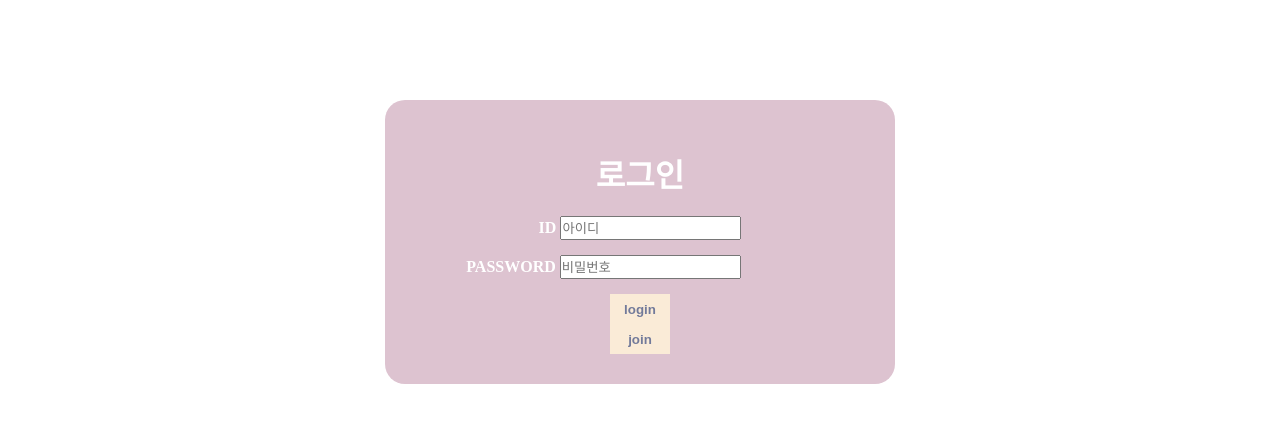
Repository: kayoyo/jsp
Page: http://localhost/BoardWeb_4/login
An editor plug-in stored every save of this project. The page is shown before and after the next save, followed by the edit.
The browser window is 1280 px wide. The pictures show the whole page.
The page is served by Tomcat 9. Other server files are loaded and not shown.

Above is the page before, as saved 2020-08-28 07:09:19.

### BoardWeb_4/WebContent/WEB-INF/jsp/user/login.jsp
<%@ page language="java" contentType="text/html; charset=UTF-8"
    pageEncoding="UTF-8"%>
<!DOCTYPE html>
<html>
<head>
<meta charset="UTF-8">
<style>
* { margin:0; padding: 0; }
 a {text-decoration:none; color: black;}
 .err {color: #585858;}
 #container {width: 450px; background-color: #ddc3d0;
 			margin: 0 auto; padding:30px; text-align:center; margin-top: 100px; border-radius: 20px 20px 20px 20px;}
 h1 {margin: 20px; color: white;}
 .pw {margin-right: 73px;}
 .pw, .id {color: white; margin-bottom: 15px; font-weight:bold;}
 input {height : 20px;}
 #loginBtn {width: 60px; height: 30px;
 		color: #727A9A; background-color: #faebd7; font-weight:bold; border:none;}
 #joinBtn {width: 60px; height: 30px; display: inline-block;
 		color: #727A9A; background-color: #faebd7; font-weight:bold; border:none; }



</style>
<title>로그인</title>
</head>
<body>
	<div id="container">
	<h1>로그인</h1>
	<div class="err">${msg}</div>
<form action="/login" method="post" id="logFrom">
<div class="id">ID
	<input type="text" name="user_id" placeholder="아이디" value="${data.user_id}">
</div>
	<div class="pw">PASSWORD
		<input type="password" name="user_pw" placeholder="비밀번호">
	</div>
	<button type="submit" id="loginBtn">login</button>
	</form>
	<div class="join">
	<a href="/join"><button type="submit" id="joinBtn">join</button></a>
	</div>
	</div>
</body>
</html>

### BoardWeb_4/src/com/koreait/pjt/user/LoginSer.java
package com.koreait.pjt.user;

import java.io.IOException;
import javax.servlet.ServletException;
import javax.servlet.annotation.WebServlet;
import javax.servlet.http.HttpServlet;
import javax.servlet.http.HttpServletRequest;
import javax.servlet.http.HttpServletResponse;
import javax.servlet.http.HttpSession;

import com.koreait.pjt.Const;
import com.koreait.pjt.MyUtils;
import com.koreait.pjt.ViewResolver;
import com.koreait.pjt.db.UserDAO;
import com.koreait.pjt.vo.LoginHistroryVO;
import com.koreait.pjt.vo.UserVO;


@WebServlet("/login")
public class LoginSer extends HttpServlet {
	private static final long serialVersionUID = 1L;


	protected void doGet(HttpServletRequest request, HttpServletResponse response) throws ServletException, IOException {
		if(request.getRemoteAddr().equals("192.168.2.6")) {
			response.sendRedirect("/blockip");
		}

		ViewResolver.forword("user/login", request, response);
	}
	protected void doPost(HttpServletRequest request, HttpServletResponse response) throws ServletException, IOException {

		String user_id = request.getParameter("user_id");
		String user_pw = request.getParameter("user_pw");
		String encrypt_pw = MyUtils.encryptString(user_pw);

		UserVO param = new UserVO();
		param.setUser_id(user_id);
		param.setUser_pw(encrypt_pw);

		int result = UserDAO.login(param); //param의 주소값

		if(result !=1) {
			request.setAttribute("data", param);
			switch(result) {
			case 2 : request.setAttribute("msg", "비밀번호가 다릅니다");
			break;
			case 3 : request.setAttribute("msg", "아이디가 다릅니다");
			break;
			default : request.setAttribute("msg", "로그인을 실패했습니다");
			}
			param = null;
			doGet(request, response);
			return;
		}

		//로그인 히스토리 기록
		String agent = request.getHeader("User-Agent");
		System.out.println("agent : " + agent);
		String os = getOs(agent);
		String browser = getBrowser(agent);
		String ip_addr = request.getRemoteAddr();

		System.out.println("os : " + os);
		System.out.println("browser : " + browser);
		System.out.println("ip_addr : " + ip_addr);

		LoginHistroryVO ulhVO = new LoginHistroryVO();
		ulhVO.setI_user(param.getI_user());
		ulhVO.setOs(os);
		ulhVO.setIp_addr(ip_addr);
		ulhVO.setBrowser(browser);
		UserDAO.insUserLoginHistory(ulhVO);


		HttpSession hs = request.getSession();
		hs.setAttribute(Const.LOGIN_USER, param);

		System.out.println("로그인 성공");
		response.sendRedirect("/board/list");

	}
	private String getBrowser(String agent) {
		if(agent.toLowerCase().contains("msie")) {
			return "IE";
		} else if(agent.toLowerCase().contains("chrome")) {
			return "chrome";
		} else if(agent.toLowerCase().contains("safari")) {
			return "safari";
		}
		return "";
	}
	private String getOs(String agent) {

		if(agent.contains("mac")) {
			return "mac";
		} else if(agent.toLowerCase().contains("windows")) {
			return "windows";
		} else if(agent.toLowerCase().contains("x11")) {
			return "linux";
		} else if(agent.toLowerCase().contains("android")) {
			return "android";
		} else if(agent.toLowerCase().contains("iphone")) {
			return "ios";
		}
		return "";
	}

}

### BoardWeb_4/src/com/koreait/pjt/ViewResolver.java
package com.koreait.pjt;

import java.io.IOException;

import javax.servlet.ServletException;
import javax.servlet.http.HttpServlet;
import javax.servlet.http.HttpServletRequest;
import javax.servlet.http.HttpServletResponse;

public class ViewResolver {
	public static void forword(String fileNm, HttpServletRequest request, HttpServletResponse response) throws ServletException, IOException{
		String jsp = String.format("/WEB-INF/jsp/%s.jsp", fileNm);
		request.getRequestDispatcher(jsp).forward(request, response);

	}

	//로그인 체크
	public static void forwordLoginChk(String fileNm, HttpServletRequest request, HttpServletResponse response) throws ServletException, IOException {

		if(MyUtils.isLogout(request)) {
			response.sendRedirect("/login"); //로그인이 안되어 있을 때
			return;
		}
		ViewResolver.forword(fileNm, request, response);
	}

}

After the next save:
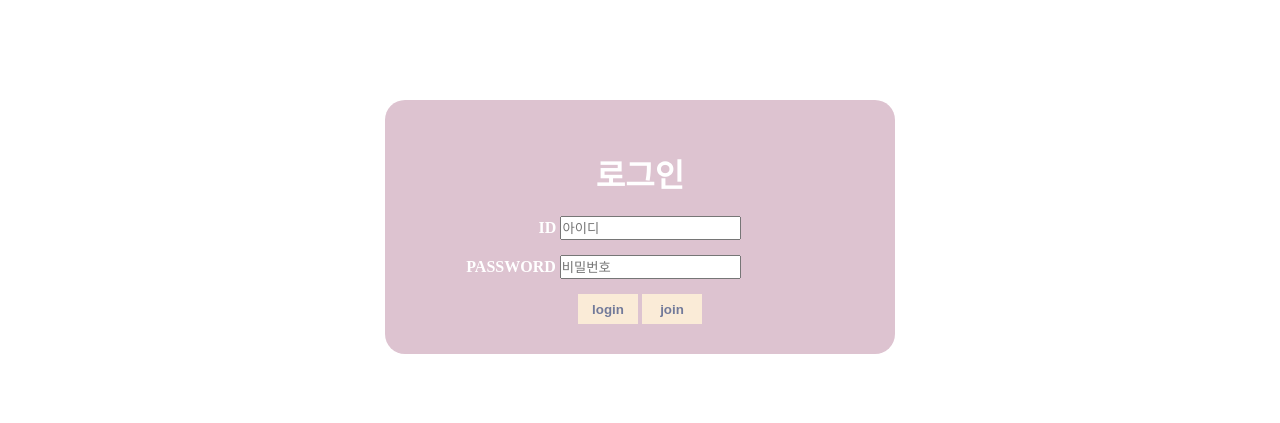
Saved 2 min 37 s later.
--- a/BoardWeb_4/WebContent/WEB-INF/jsp/user/login.jsp
+++ b/BoardWeb_4/WebContent/WEB-INF/jsp/user/login.jsp
@@ -36,10 +36,13 @@
 		<input type="password" name="user_pw" placeholder="비밀번호">
 	</div>
 	<button type="submit" id="loginBtn">login</button>
+	<button type="submit" id="joinBtn" onclick="clkjoin()">join</button>
 	</form>
-	<div class="join">
-	<a href="/join"><button type="submit" id="joinBtn">join</button></a>
 	</div>
-	</div>
+	<script>
+	function clkjoin(){
+		location.href = '/join'
+	}
+	</script>
 </body>
 </html>

After the save that followed:
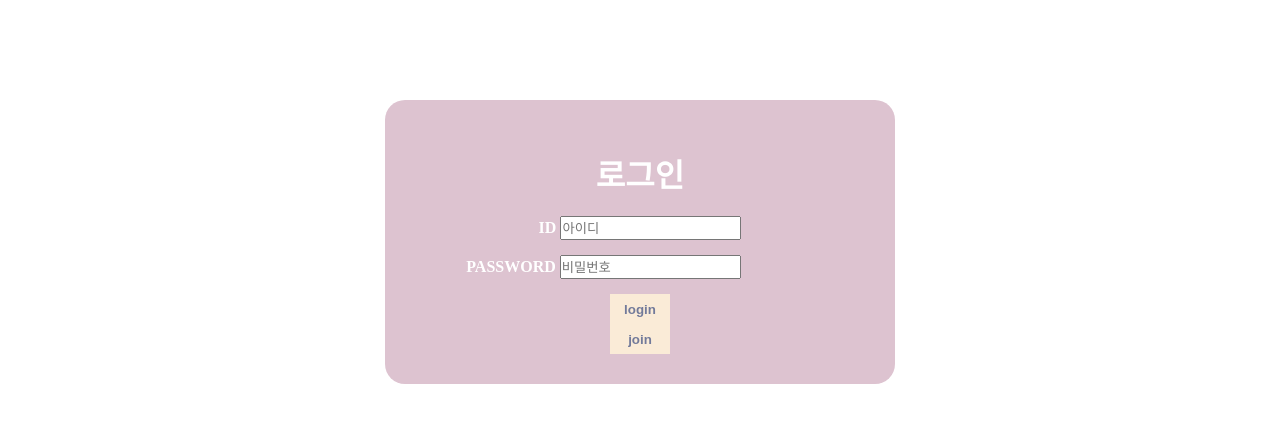
Saved 119 s later.
--- a/BoardWeb_4/WebContent/WEB-INF/jsp/user/login.jsp
+++ b/BoardWeb_4/WebContent/WEB-INF/jsp/user/login.jsp
@@ -36,8 +36,8 @@
 		<input type="password" name="user_pw" placeholder="비밀번호">
 	</div>
 	<button type="submit" id="loginBtn">login</button>
-	<button type="submit" id="joinBtn" onclick="clkjoin()">join</button>
 	</form>
+	<button type="button" id="joinBtn" onclick="clkjoin()">join</button>
 	</div>
 	<script>
 	function clkjoin(){
